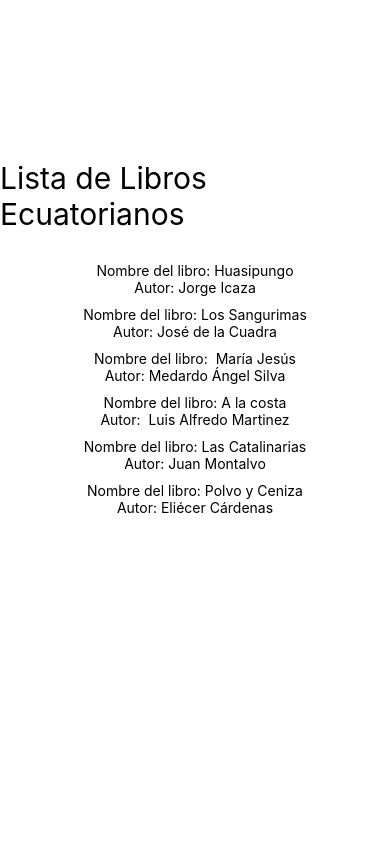
Repository: Henrybaio24/app-lista-libros
Screen: /
An editor plug-in stored every save of this project. The screen is shown before and after the next save, followed by the edit.
The app was drawn by React Native's web renderer in a window 390 px wide. The project was rebuilt for these pictures with package versions that can differ from the ones it lists, and the page was loaded fresh each time.

Above is the screen before, as saved 2020-02-03 20:19:32.

After the next save:
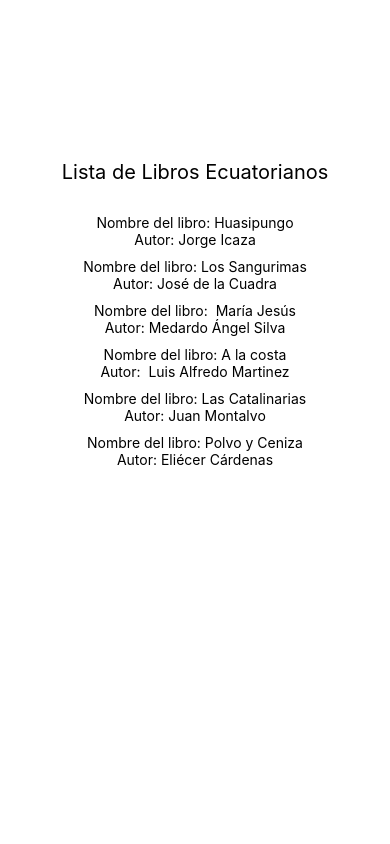
Saved 6 s later.
--- a/App.js
+++ b/App.js
@@ -48,6 +48,6 @@ const styles = StyleSheet.create({
   },
   titulo:{
     paddingTop: 150,
-    fontSize: 30
+    fontSize: 20
   }
 });
